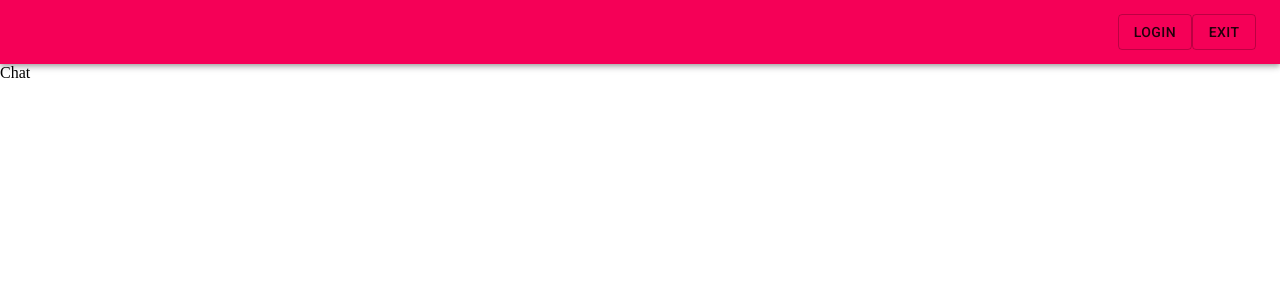
Repository: ezotop/react_firebase_chat
Page: /
The author's editor kept a copy of each file at every save. The page is drawn from the files as they stood at one save, then again after the next save.
The browser window is 1280 px wide. The pictures show the whole page.
The project was rebuilt for these pictures with package versions that can differ from the ones it lists, and the page was loaded fresh each time. Also part of the build but not shown: src/component/Login.js.

Above is the page before, as saved 2021-06-16 16:30:04.

After the next save:
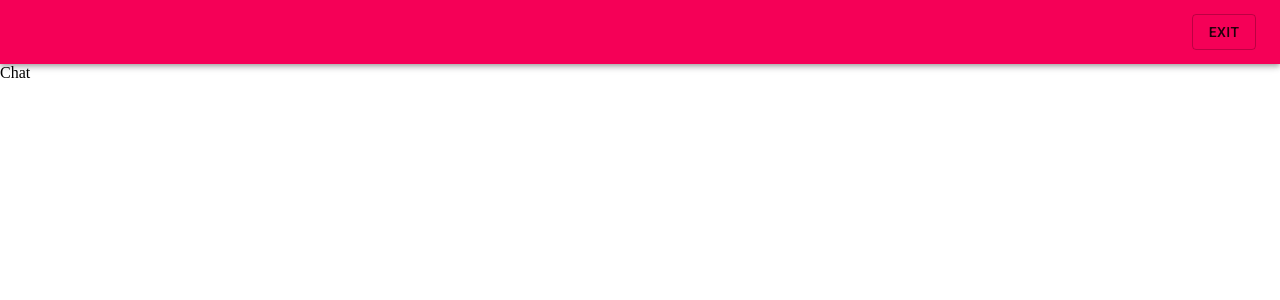
Saved 83 s later.
--- a/src/component/Navbar.js
+++ b/src/component/Navbar.js
@@ -2,12 +2,17 @@ import React from 'react';
 import { AppBar, Button, Grid, Toolbar } from '@material-ui/core';
 
 const Navbar = () => {
+    const user = true
     return (
         <AppBar color={'secondary'} position="static">
             <Toolbar>
                 <Grid container justify={'flex-end'}>
-                    <Button variant={'outlined'}>Login</Button>
-                    <Button variant={'outlined'}>Exit</Button>
+                    {
+                        user ?
+                        <Button variant={'outlined'}>Exit</Button>
+                        :
+                        <Button variant={'outlined'}>Login</Button>
+                    }
                 </Grid>
             </Toolbar>
         </AppBar>
